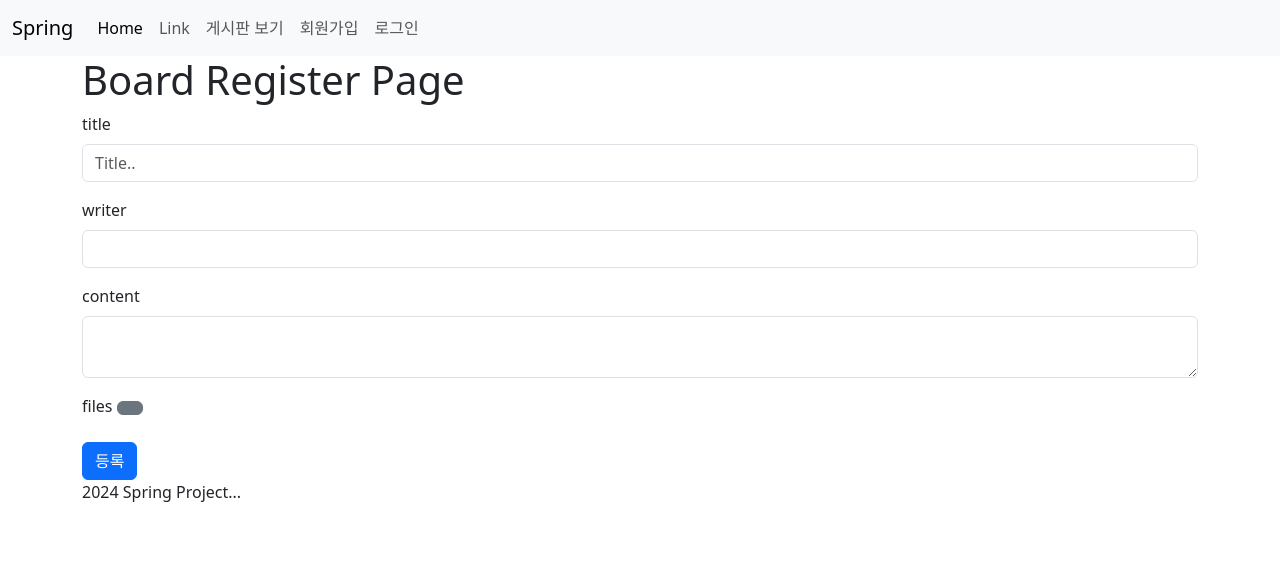
Repository: gajami-kim/240430_Spring_Study
Page: http://localhost/spring_study/WEB-INF/views/board/register.jsp
The author's editor kept a copy of each file at every save. The page is drawn from the files as they stood at one save, then again after the next save.
The browser window is 1280 px wide. The pictures show the whole page.
The page is served by Tomcat 9. Nobody is signed in. The template is opened directly, without the code that normally fills it, so the values that code supplies are empty.

Above is the page before, as saved 2024-04-29 01:36:26.

### spring_study/src/main/webapp/WEB-INF/views/board/register.jsp
<%@ page language="java" contentType="text/html; charset=UTF-8"
    pageEncoding="UTF-8"%>

<jsp:include page="../layout/header.jsp" />

<div class="container-sm">
<h1>Board Register Page</h1>
	<form action="/board/insert" method="post" enctype="application/x-www-form-urlencoded">
		<div class="mb-3">
		  <label for="t" class="form-label">title</label>
		  <input type="text" class="form-control" name="title" id="t" placeholder="Title..">
		</div>
		<div class="mb-3">
		  <label for="w" class="form-label">writer</label>
		  <input type="text" class="form-control" name="writer" id="w" value="${ses.id }" readonly="readonly">
		</div>
		<div class="mb-3">
		  <label for="c" class="form-label">content</label>
		  <textarea class="form-control" name="content" id="c" aria-label="With textarea"></textarea>
		</div>

		<!-- 파일 입력 라인 추가 -->
		<div class="mb-3">
		  <label for="file" class="form-label">files</label>
		  <input type="file" class="form-control" name="files" id="file" multiple="multiple" style="display: none">
		  <button type="button" class="btn btn-secondary"></button>
		</div>
		<button type="submit" class="btn btn-primary">등록</button>
	</form>
</div>

<jsp:include page="../layout/footer.jsp" />

### spring_study/src/main/webapp/WEB-INF/views/layout/header.jsp
<%@ page language="java" contentType="text/html; charset=UTF-8"
    pageEncoding="UTF-8"%>
    <%@ taglib uri="http://java.sun.com/jsp/jstl/core" prefix="c"%>
<!DOCTYPE html>
<html>
<head>
<meta charset="UTF-8">
<title>header.jsp</title>
</head>
<link href="https://cdn.jsdelivr.net/npm/bootstrap@5.3.3/dist/css/bootstrap.min.css" rel="stylesheet" integrity="sha384-QWTKZyjpPEjISv5WaRU9OFeRpok6YctnYmDr5pNlyT2bRjXh0JMhjY6hW+ALEwIH" crossorigin="anonymous">
<script src="https://cdn.jsdelivr.net/npm/bootstrap@5.3.3/dist/js/bootstrap.bundle.min.js" integrity="sha384-YvpcrYf0tY3lHB60NNkmXc5s9fDVZLESaAA55NDzOxhy9GkcIdslK1eN7N6jIeHz" crossorigin="anonymous"></script>
<body>
<nav class="navbar navbar-expand-lg bg-body-tertiary">
  <div class="container-fluid">
  	<!-- href로 '/'만 달면 HomeController에 의해 index로 이동 -->
    <a class="navbar-brand" href="/">Spring</a>
    <button class="navbar-toggler" type="button" data-bs-toggle="collapse" data-bs-target="#navbarSupportedContent" aria-controls="navbarSupportedContent" aria-expanded="false" aria-label="Toggle navigation">
      <span class="navbar-toggler-icon"></span>
    </button>
    <div class="collapse navbar-collapse" id="navbarSupportedContent">
      <ul class="navbar-nav me-auto mb-2 mb-lg-0">
        <li class="nav-item">
          <a class="nav-link active" aria-current="page" href="/">Home</a>
        </li>
        <li class="nav-item">
          <a class="nav-link" href="/">Link</a>
        </li>
        <c:if test="${ses.id ne null }">
        <li class="nav-item">
          <a class="nav-link" href="/board/register">게시판 글쓰기</a>
        </li>
        </c:if>
        <li class="nav-item">
          <a class="nav-link" href="/board/list">게시판 보기</a>
        </li>
        <c:if test="${ses.id eq null }">
        <li class="nav-item">
          <a class="nav-link" href="/member/register">회원가입</a>
        </li>
        <li class="nav-item">
          <a class="nav-link" href="/member/login">로그인</a>
        </li>
        </c:if>
        <c:if test="${ses.id ne null }">
        <li class="nav-item">
          <a class="nav-link" href="/member/logout">로그아웃</a>
        </li>
        <li class="nav-item">
          <a class="nav-link" href="/member/modify">${ses.id }(${ses.email }) Welcome!!</a>
        </li>
        </c:if>
      </ul>
    </div>
  </div>
</nav>

### spring_study/src/main/webapp/WEB-INF/views/layout/footer.jsp
<%@ page language="java" contentType="text/html; charset=UTF-8"
    pageEncoding="UTF-8"%>

<div class="container-sm">
	2024 Spring Project...
</div>

</body>
</html>

After the next save:
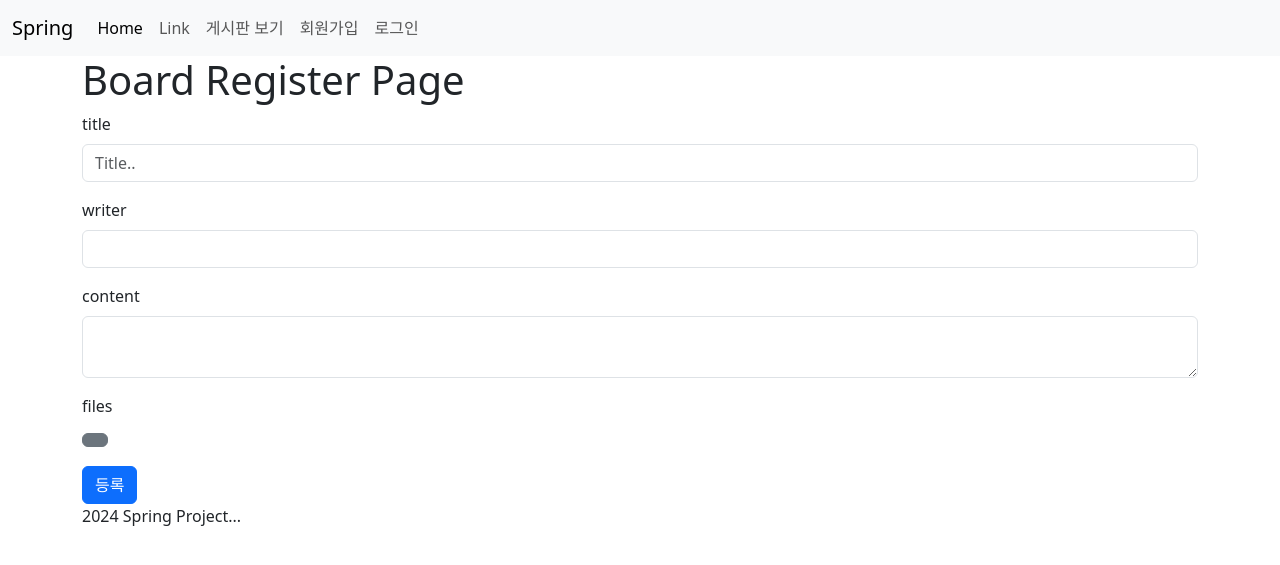
Saved 7 s later.
--- a/spring_study/src/main/webapp/WEB-INF/views/board/register.jsp
+++ b/spring_study/src/main/webapp/WEB-INF/views/board/register.jsp
@@ -22,7 +22,7 @@
 		<!-- 파일 입력 라인 추가 -->
 		<div class="mb-3">
 		  <label for="file" class="form-label">files</label>
-		  <input type="file" class="form-control" name="files" id="file" multiple="multiple" style="display: none">
+		  <input type="file" class="form-control" name="files" id="file" multiple="multiple" style="display: none"> <br>
 		  <button type="button" class="btn btn-secondary"></button>
 		</div>
 		<button type="submit" class="btn btn-primary">등록</button>
